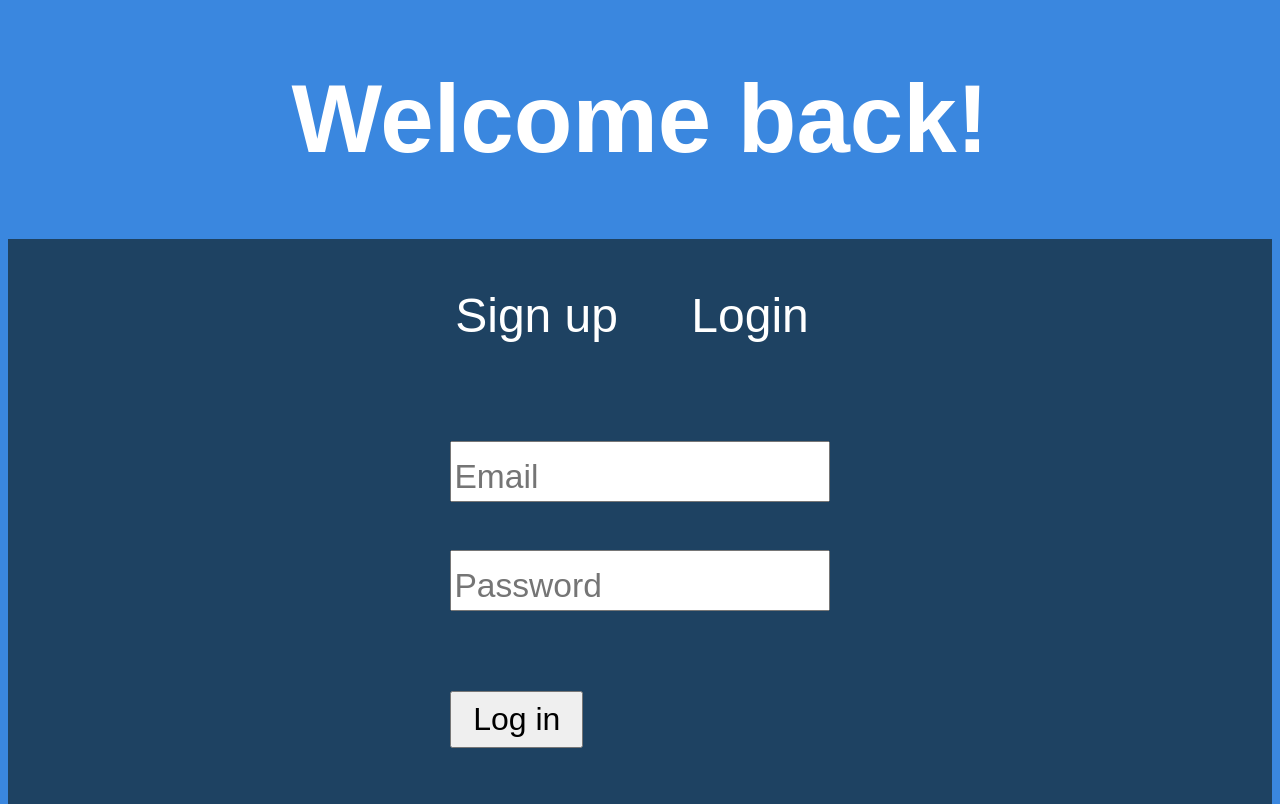
Repository: NicolasssCarlos/basic-flask-login
Page: http://localhost/
An editor plug-in stored every save of this project. The page is shown before and after the next save, followed by the edit.
The browser window is 1280 px wide. The pictures show the whole page.
The page is served by the project's application, run on Flask 3 (app.py).

Above is the page before, as saved 2025-06-11 20:49:02.

After the next save:
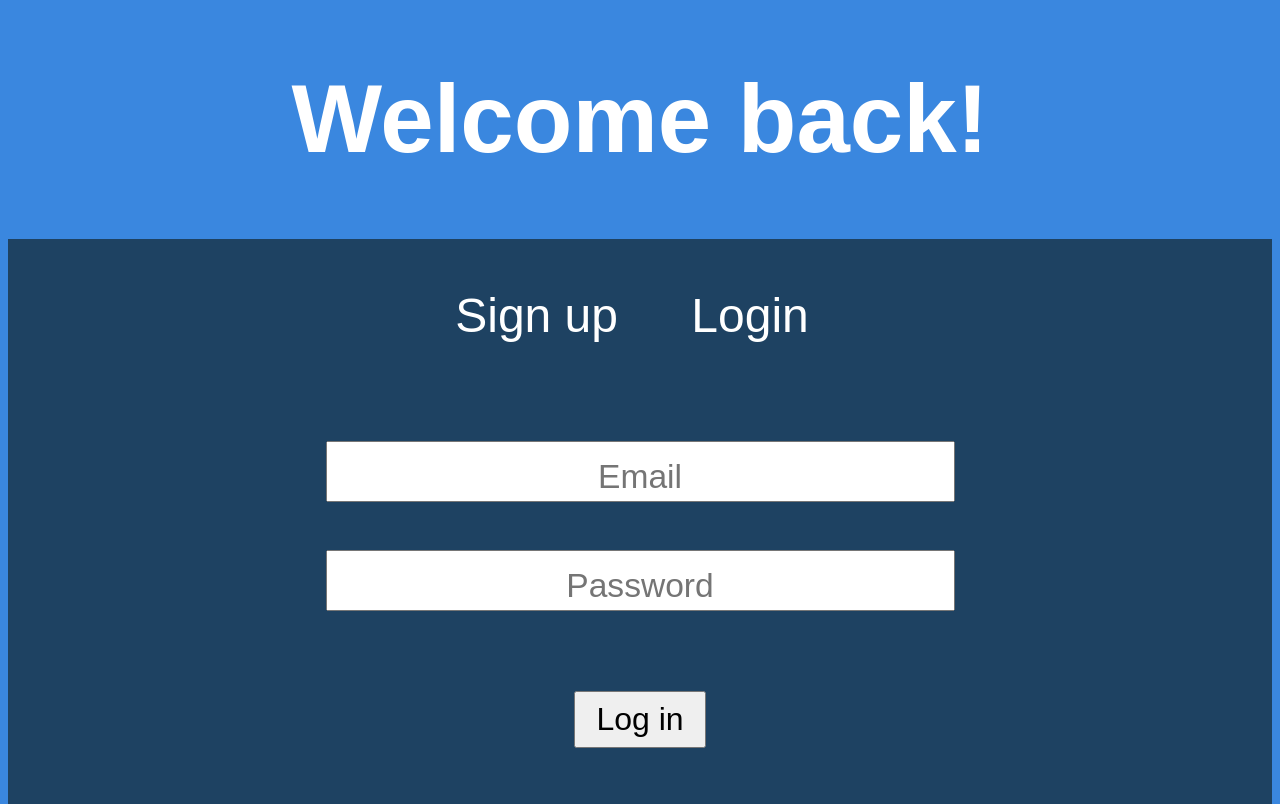
Saved 37 s later.
--- a/static/main.css
+++ b/static/main.css
@@ -83,6 +83,15 @@
 
     margin-top: 2.1rem;
 
+    align-items: center;
+
+
+    justify-content: center;
+
+
+    text-align: center;
+
+
 
 }
 
@@ -99,6 +108,15 @@
     margin-top: 1rem;
 
 
+    align-items: center;
+
+
+    justify-content: center;
+
+
+    text-align: center;
+
+
 
 }
 
@@ -112,7 +130,13 @@
     width: 35%;
 
 
-
+    align-items: center;
+
+
+    justify-content: center;
+
+
+    text-align: center;
 
 
     padding: 0.5rem;
